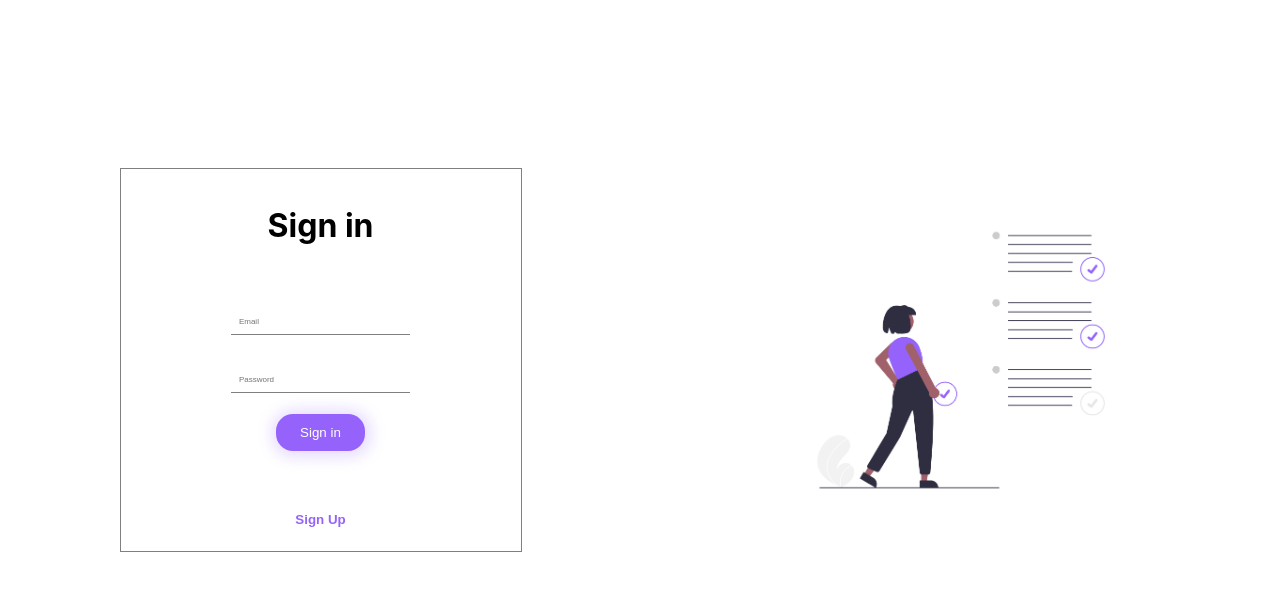
Repository: EEOOOO/wanted-pre-onboarding-fe
Page: / (app in to-do-list-app/)
The author's editor kept a copy of each file at every save. The page is drawn from the files as they stood at one save, then again after the next save.
The browser window is 1280 px wide. The pictures show the whole page.
The project was rebuilt for these pictures with package versions that can differ from the ones it lists, and the page was loaded fresh each time. Also part of the build but not shown: to-do-list-app/src/components/sign_up/sign_up.module.css, to-do-list-app/src/components/sign_up/sign_up.jsx, to-do-list-app/src/components/todoList/todo_list.jsx.

Above is the page before, as saved 2022-08-22 00:39:58.

After the next save:
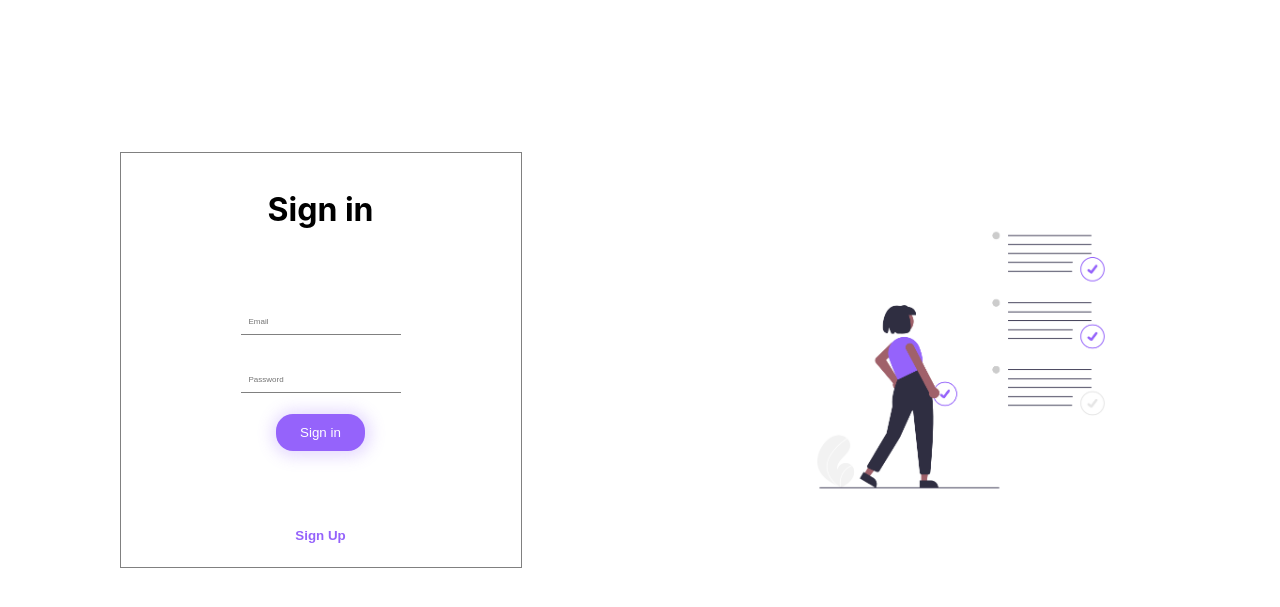
Saved 9 s later.
--- a/to-do-list-app/src/components/login_input_form/login_input_form.module.css
+++ b/to-do-list-app/src/components/login_input_form/login_input_form.module.css
@@ -1,5 +1,5 @@
 .inputForm {
-  margin: 3rem;
+  margin: 4rem;
 }
 .email,
 .password {
